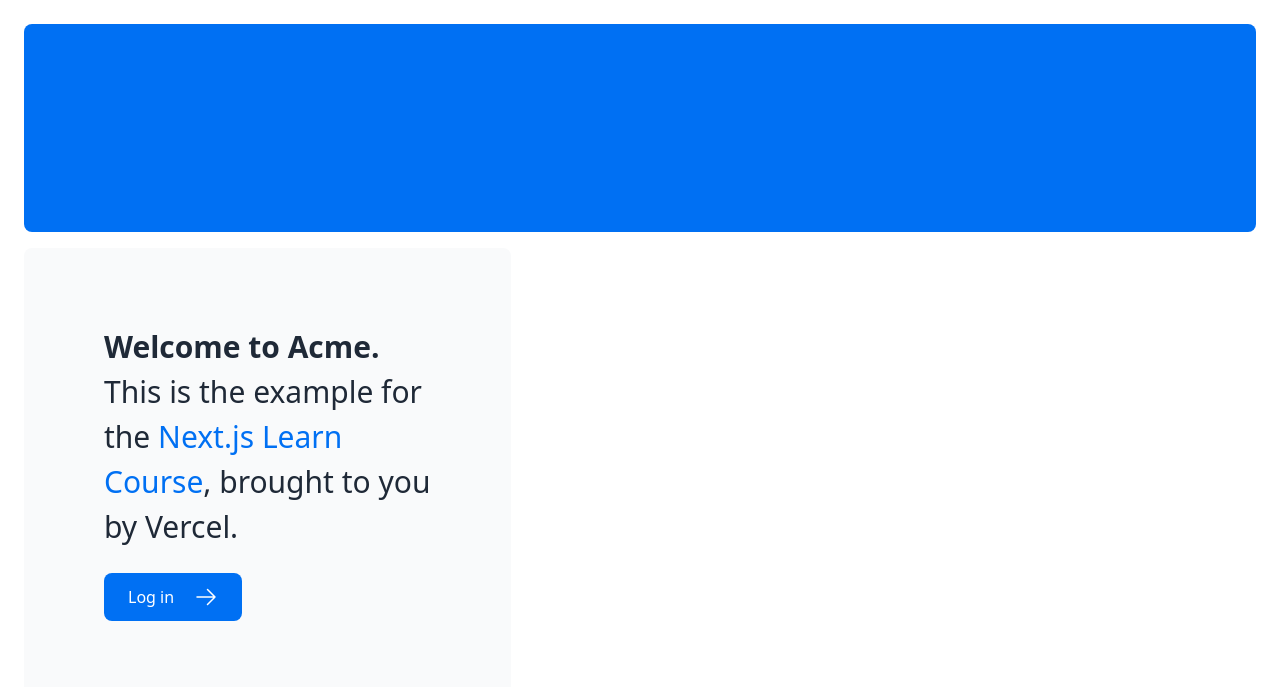
Repository: starsky886/nextjs-dashboard
Page: /
An editor plug-in stored every save of this project. The page is shown before and after the next save, followed by the edit.
The browser window is 1280 px wide. The pictures show the whole page.
The project was rebuilt for these pictures with package versions that can differ from the ones it lists, and the page was loaded fresh each time. The framework's server and built-in components were replaced by stand-ins that run in the browser. Also part of the build but not shown: next.config.js.

Above is the page before, as saved 2024-03-26 19:55:55.

### app/layout.tsx
import '@/app/ui/global.css'
export default function RootLayout({
  children,
}: {
  children: React.ReactNode;
}) {
  return (
    <html lang="en">
      <body>{children}
      </body>

    </html>
  );
}

### app/page.tsx
import AcmeLogo from '@/app/ui/acme-logo';
import { ArrowRightIcon } from '@heroicons/react/24/outline';
import Link from 'next/link';

export default function Page() {
  return (
    <main className="flex min-h-screen flex-col p-6">

      <div className="flex h-20 shrink-0 items-end rounded-lg bg-blue-500 p-4 md:h-52">
        {/* <AcmeLogo /> */}
      </div>
      <div className="mt-4 flex grow flex-col gap-4 md:flex-row">
        <div className="flex flex-col justify-center gap-6 rounded-lg bg-gray-50 px-6 py-10 md:w-2/5 md:px-20">
          <p className={`text-xl text-gray-800 md:text-3xl md:leading-normal`}>
            <strong>Welcome to Acme.</strong> This is the example for the{' '}
            <a href="https://nextjs.org/learn/" className="text-blue-500">
              Next.js Learn Course
            </a>
            , brought to you by Vercel.
          </p>
          <Link
            href="/login"
            className="flex items-center gap-5 self-start rounded-lg bg-blue-500 px-6 py-3 text-sm font-medium text-white transition-colors hover:bg-blue-400 md:text-base"
          >
            <span>Log in</span> <ArrowRightIcon className="w-5 md:w-6" />
          </Link>
        </div>
        <div className="flex items-center justify-center p-6 md:w-3/5 md:px-28 md:py-12">
          {/* Add Hero Images Here */}
        </div>
      </div>
    </main>
  );
}

Loaded but not shown: app/ui/global.css (common file); tailwind.config.ts (common file)

After the next save:
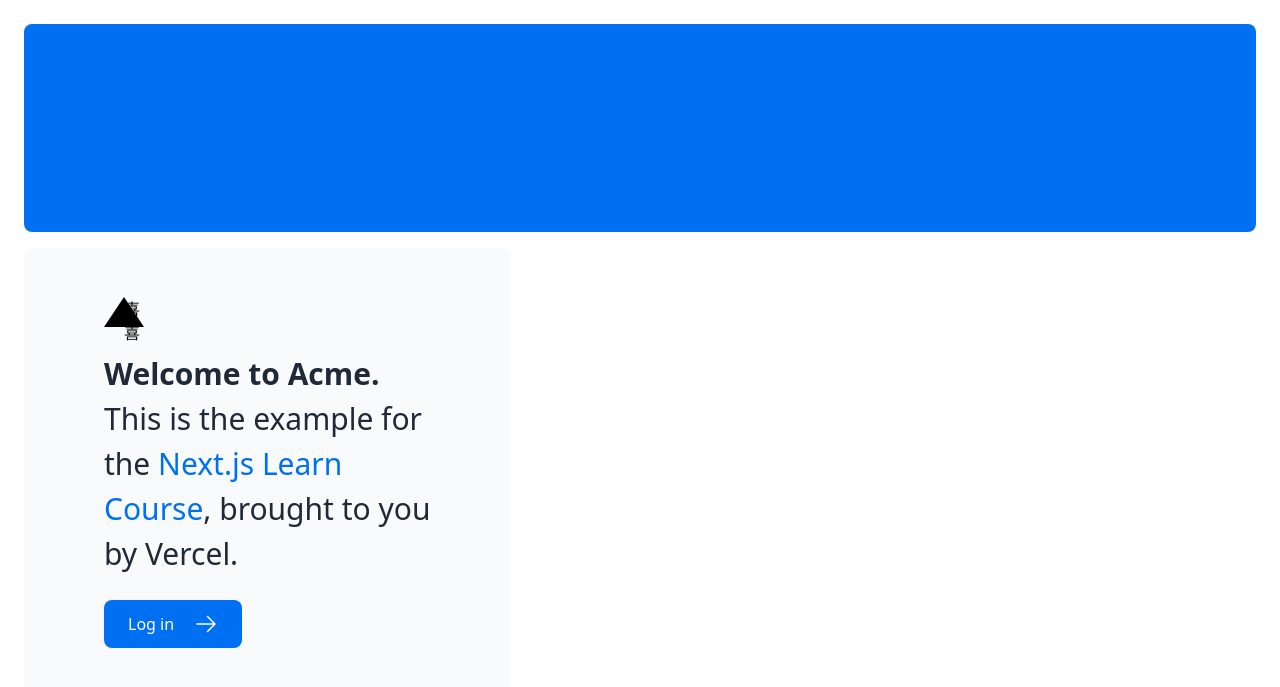
Saved 69 s later.
--- a/app/page.tsx
+++ b/app/page.tsx
@@ -11,6 +11,7 @@
       </div>
       <div className="mt-4 flex grow flex-col gap-4 md:flex-row">
         <div className="flex flex-col justify-center gap-6 rounded-lg bg-gray-50 px-6 py-10 md:w-2/5 md:px-20">
+          <p  className="h-0 w-0 border-b-[30px] border-l-[20px] border-r-[20px] border-b-black border-l-transparent border-r-transparent">喜喜</p>
           <p className={`text-xl text-gray-800 md:text-3xl md:leading-normal`}>
             <strong>Welcome to Acme.</strong> This is the example for the{' '}
             <a href="https://nextjs.org/learn/" className="text-blue-500">
